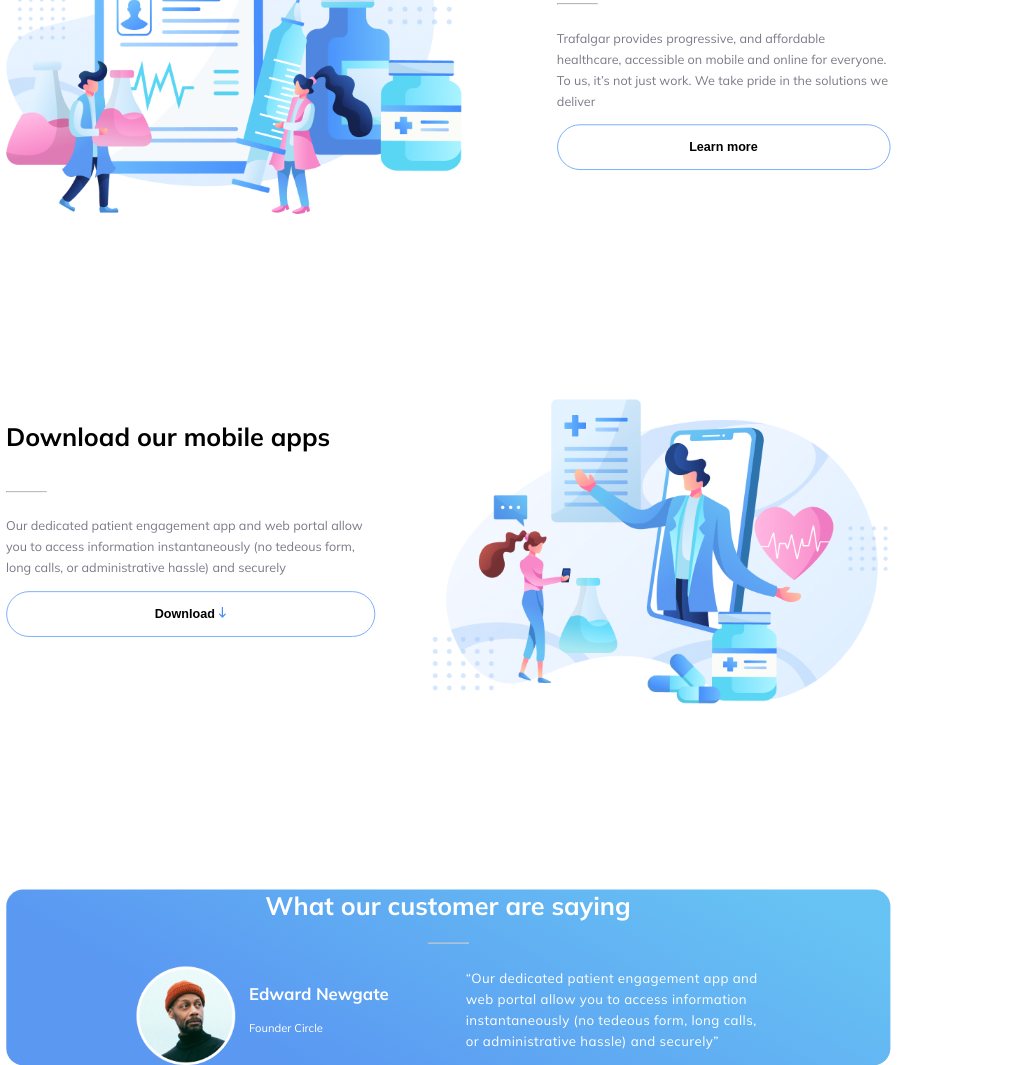
Repository: ivan-developer-01/trafalgar-layout
Page: index.html
These files come from the project's save history. The page is drawn as it stood at one moment and after the next save; the edit follows.
The browser window is 1280 px wide. The page is 1280 px wide, then 1441 px, so the pictures cover 1441 px, including what lies to the right of the window. The pictures show the part of the page from y = 2374 to 4054 px (the page is 3896 px tall before and 4054 px after), at 70% of full size.

Above is the page before, as saved 2024-11-08 16:02:26.

After the next save:
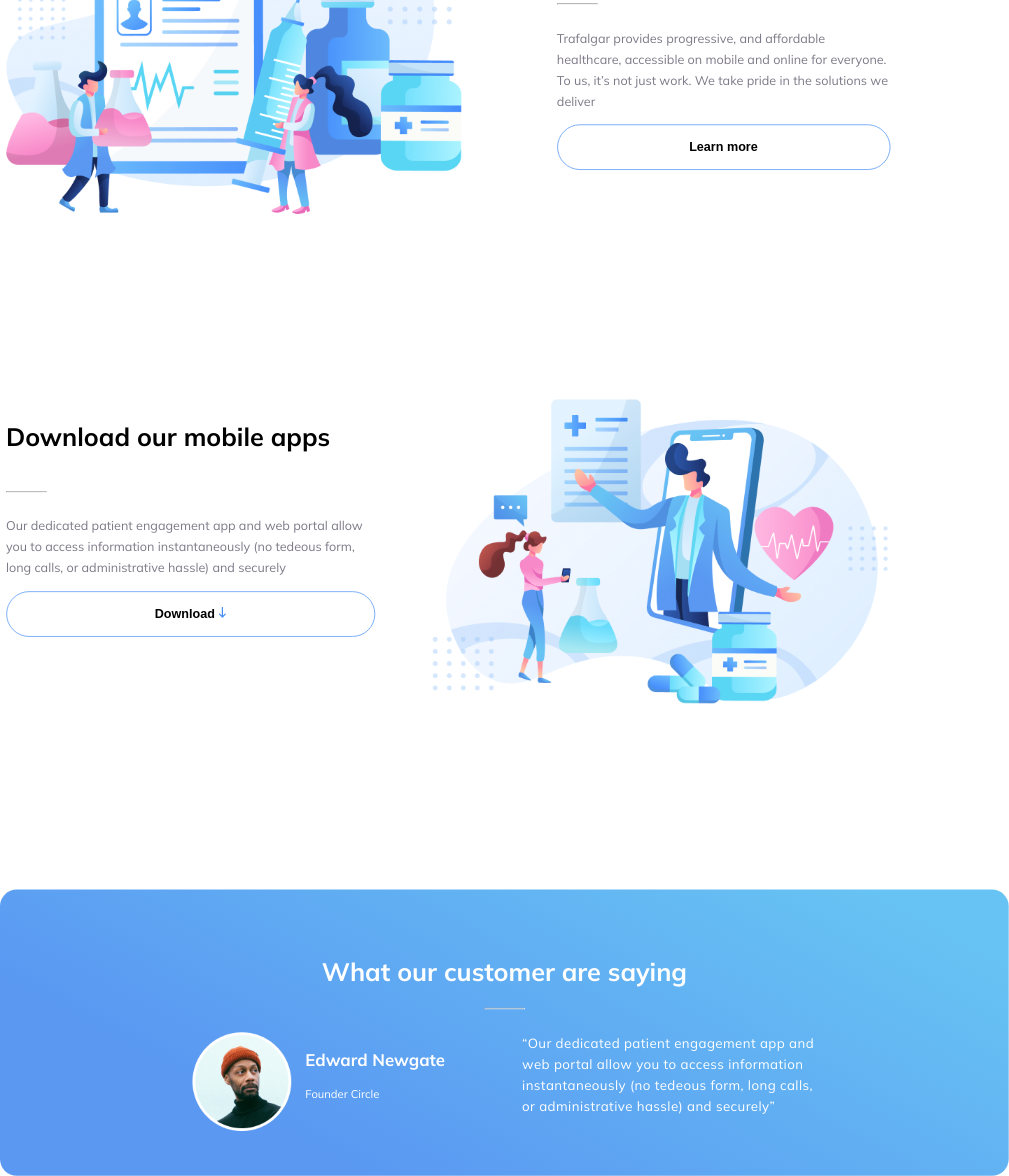
Saved 13 s later.
--- a/style.css
+++ b/style.css
@@ -236,7 +236,7 @@ p {
 	background: linear-gradient(208.18deg, #67C3F3 9.05%, #5A98F2 76.74%);
 	color: white;
 	text-align: center;
-	/* padding: 64px 118px 89px 118px; */
+	padding: 64px 89px;
 	border-radius: 24px;
 }
 
